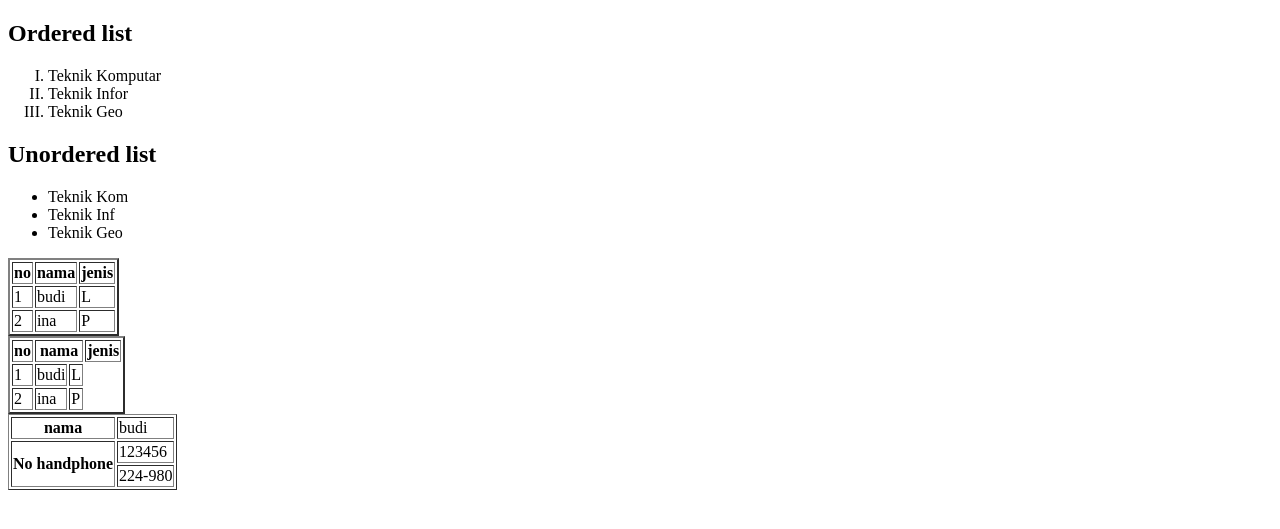
Repository: keyx-alt/pemrograman_web
Page: list.html
These files come from the project's save history. The page is drawn as it stood at one moment and after the next save; the edit follows.
The browser window is 1280 px wide. The pictures show the whole page.

Above is the page before, as saved 2026-04-16 14:03:25.

### list.html
<!DOCTYPE html>
<html lang="en">
<head>
    <meta charset="UTF-8">
    <meta name="viewport" content="width=device-width, initial-scale=1.0">
    <title>Document</title>
</head>
<body>
    <h2>Ordered list</h2>

    <ol type="I">
        <li>Teknik Komputar</li>
        <li>Teknik Infor</li>
        <li>Teknik Geo</li>
    </ol>

    <h2>Unordered list</h2>

    <ul>
        <li>Teknik Kom</li>
        <li>Teknik Inf</li>
        <li>Teknik Geo</li>
    </ul>

    <table border="2">
        <tr>
            <th>no</th>
            <th>nama</th>
            <th>jenis</th>
        </tr>
        <tr>
            <td>1</td>
            <td>budi</td>
            <td>L</td>
        </tr>
        <tr>
            <td>2</td>
            <td>ina</td>
            <td>P</td>
        </tr>
    </table>

     <table border="2">
        <tr>
            <th>no</th>
            <th colspan="2">nama</th>
            <th>jenis</th>
        </tr>
        <tr>
            <td>1</td>
            <td>budi</td>
            <td>L</td>
        </tr>
        <tr>
            <td>2</td>
            <td>ina</td>
            <td>P</td>
        </tr>
    </table>

    <table border="1">
        <tr>
            <th>nama</th>
            <td>budi</td>
        </tr>
        <tr>
            <th rowspan="2">No handphone</th>
            <td>123456</td>
        </tr>
        <tr>
            <td>224-980</td>
        </tr>
    </table>
</body>
</html>

After the next save:
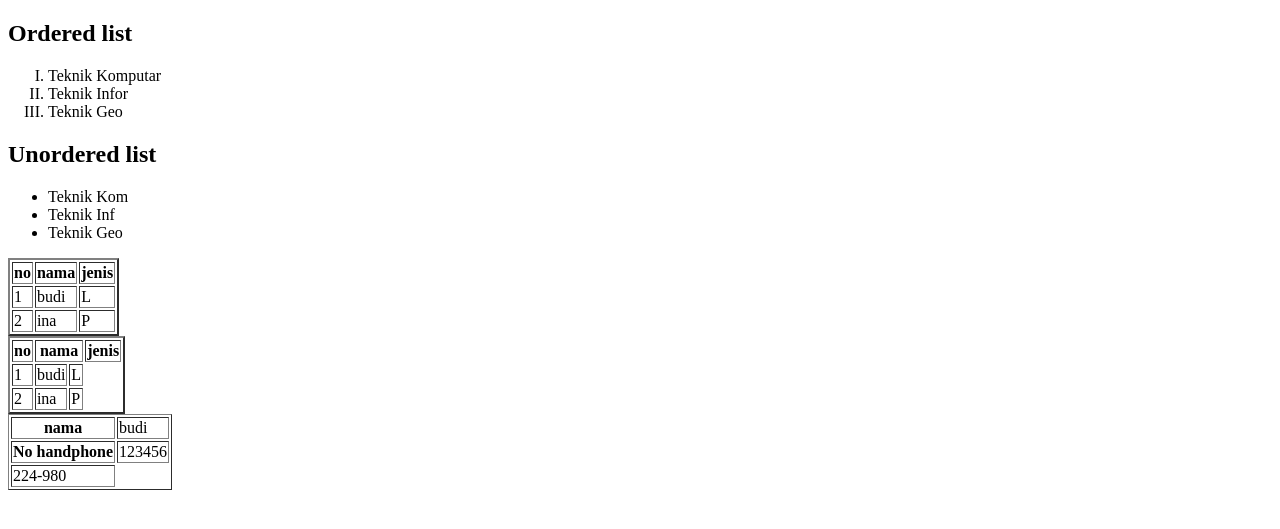
Saved 23 s later.
--- a/list.html
+++ b/list.html
@@ -64,7 +64,7 @@
             <td>budi</td>
         </tr>
         <tr>
-            <th rowspan="2">No handphone</th>
+            <th rowspan="1">No handphone</th>
             <td>123456</td>
         </tr>
         <tr>
